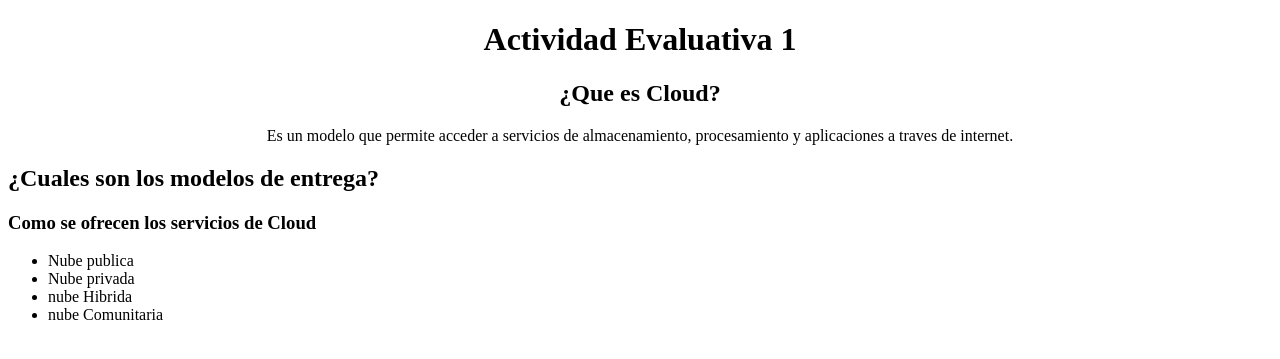
Repository: Laura-Oliveros/Actividad-Evaluativa-1
Page: LauSebas.html
An editor plug-in stored every save of this project. The page is shown before and after the next save, followed by the edit.
The browser window is 1280 px wide. The pictures show the whole page.

Above is the page before, as saved 2025-09-04 18:54:58.

### LauSebas.html
<!DOCTYPE html>
<html lang="en">
<head>
    <meta charset="UTF-8">
    <meta name="viewport" content="width=device-width, initial-scale=1.0">
    <title>Actividad Evaluativa 1</title>
</head>
<body>
    <div class="contenedor" style="text-align: center;">
        <h1>Actividad Evaluativa 1</h1>
        <h2>¿Que es Cloud?</h2>
        <p>Es un modelo que permite acceder a servicios de almacenamiento, procesamiento y aplicaciones a traves de internet.</p>
    </div>

    <div class="contenedor" style="text-align: left;">
        <h2>¿Cuales son los modelos de entrega?</h2>
        <h3>Como se ofrecen los servicios de Cloud </h3>
        <ul>
            <li>Nube publica</li>
            <li>Nube privada</li>
            <li>nube Hibrida</li>
            <li>nube Comunitaria</li>
        </ul>

</body>
</html>

After the next save:
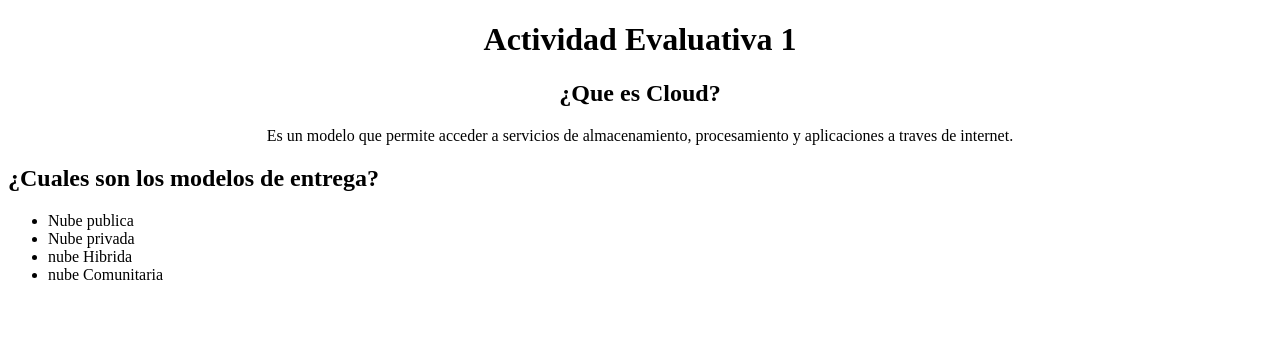
Saved 51 s later.
--- a/LauSebas.html
+++ b/LauSebas.html
@@ -14,7 +14,6 @@
 
     <div class="contenedor" style="text-align: left;">
         <h2>¿Cuales son los modelos de entrega?</h2>
-        <h3>Como se ofrecen los servicios de Cloud </h3>
         <ul>
             <li>Nube publica</li>
             <li>Nube privada</li>
